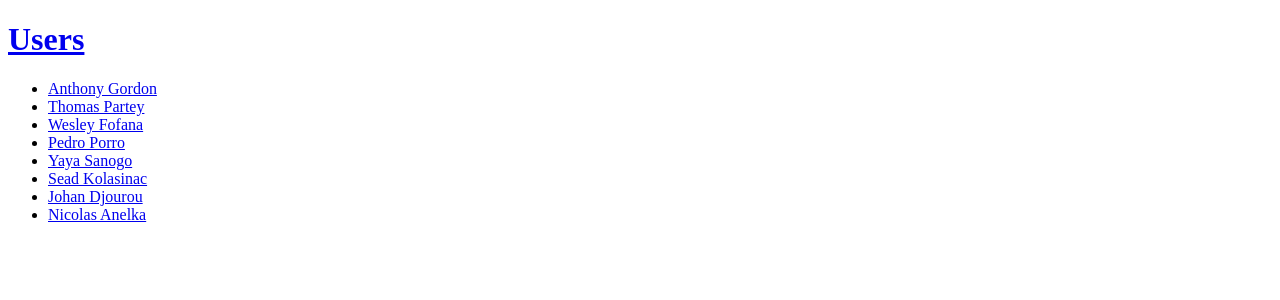
Repository: NotVS/Django-project1
Page: http://localhost/users/
The author's editor kept a copy of each file at every save. The page is drawn from the files as they stood at one save, then again after a run of saves.
The browser window is 1280 px wide. The pictures show the whole page.
The page is served by the project's application, run on Django 5.2 (manage.py). The page reads the database file committed with the project.

Above is the page before, as saved 2025-07-01 12:02:59.

After the next 2 saves:
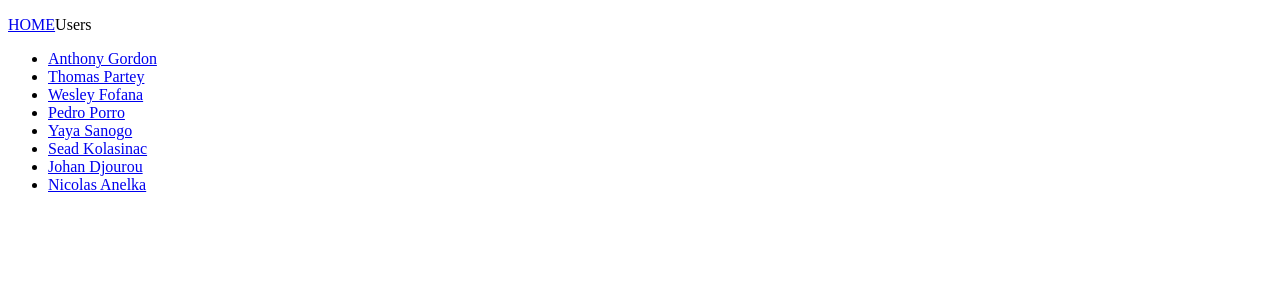
The 2 saves are shown as one change because they came seconds apart.
The last was saved 9 s later.
--- a/users/templates/all_users.html
+++ b/users/templates/all_users.html
@@ -5,7 +5,7 @@
 {% endblock %}
 
 {% block content %}
-    <p><a href = "/">
+    <p><a href = "/">HOME</a
 
 
     <h1>Users</h1>
